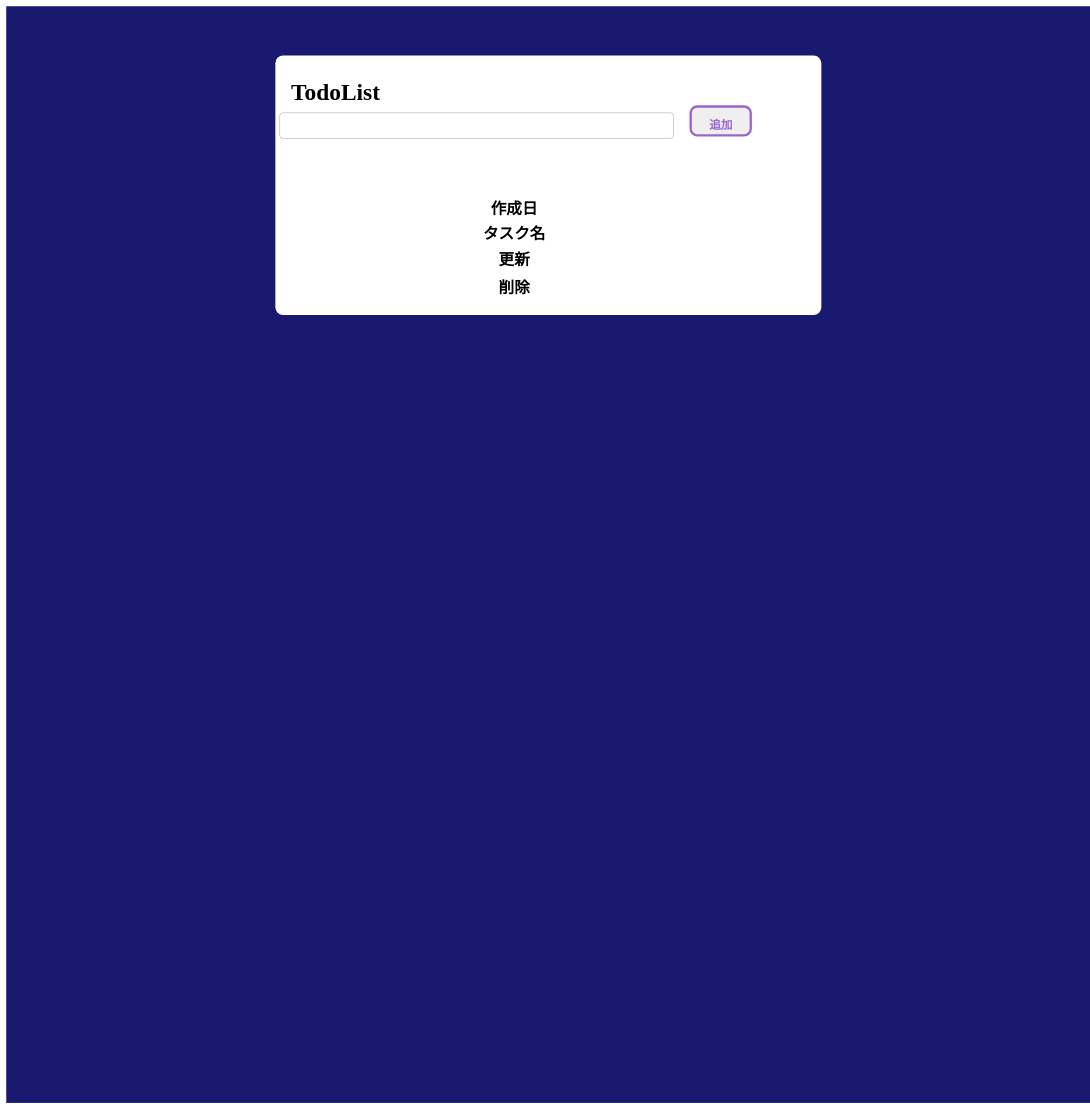
Repository: moro-ayu3/20230304_morohoshi
Page: http://localhost/
These files come from the project's save history. The page is drawn as it stood at one moment and after a run of saves; the edit follows.
The browser window is 1280 px wide. The page is 1398 px wide, so the pictures cover 1398 px, including what lies to the right of the window. The pictures show the whole page, at 78% of full size.
The page is served by the project's Laravel application, run on PHP 8.4 with Laravel 8. Queries for data that is not in the repository find no rows.

Above is the page before, as saved 2023-03-11 12:36:41.

After the next 2 saves:
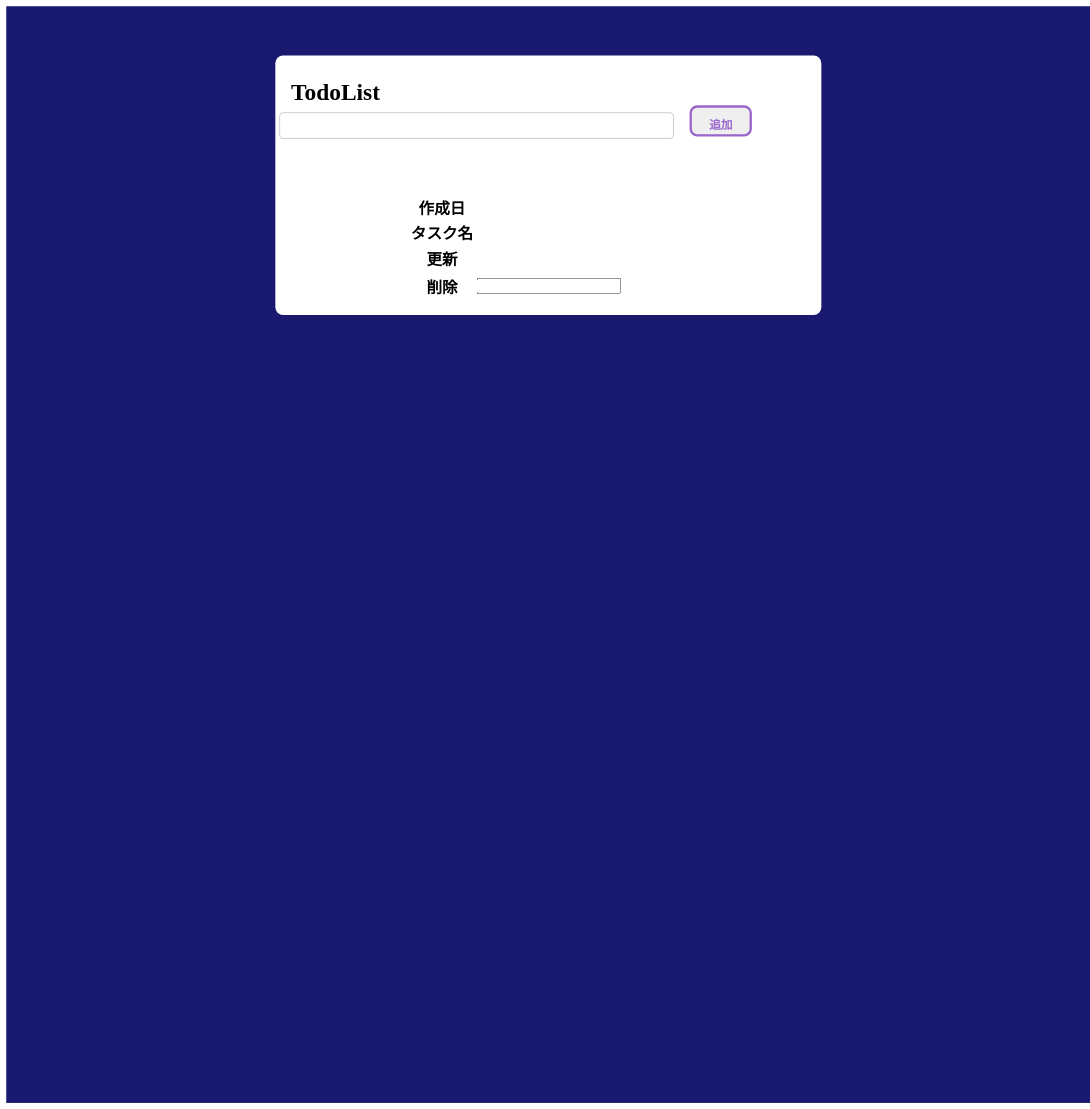
The 2 saves are shown as one change because they came seconds apart.
The last was saved 8 s later.
--- a/resources/views/index.blade.php
+++ b/resources/views/index.blade.php
@@ -224,7 +224,7 @@
             @endif
             <tr></tr>
               <th class="delete">削除</th>
-              <td><input</td>
+              <td><input type</td>
             </tr>
             @foreach($todos as $todo)
             <tr>

After the 2 saves that followed:
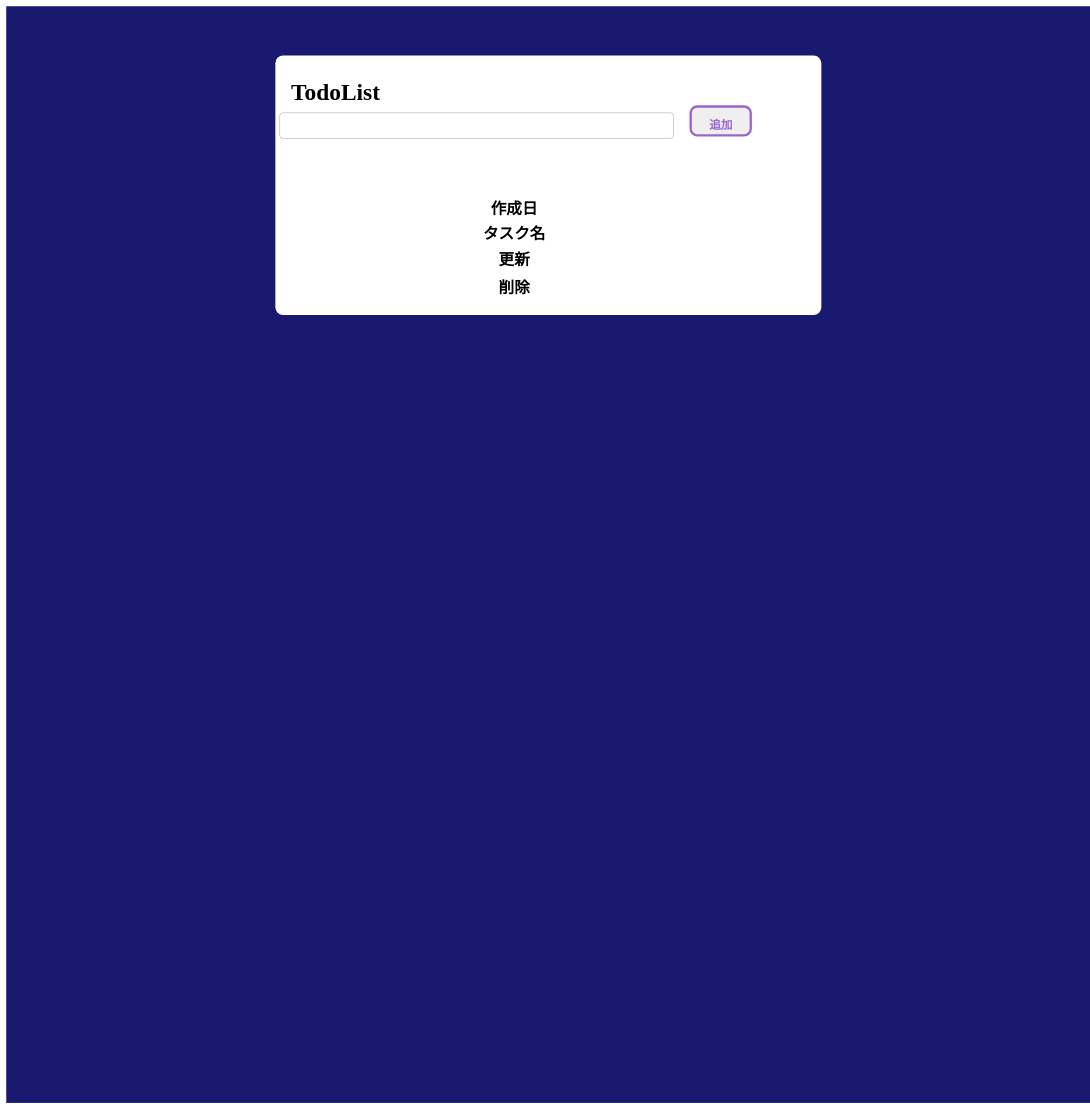
The 2 saves are shown as one change because 1 left the picture as it was.
The last was saved 36 s later.
--- a/resources/views/index.blade.php
+++ b/resources/views/index.blade.php
@@ -224,7 +224,7 @@
             @endif
             <tr></tr>
               <th class="delete">削除</th>
-              <td><input type</td>
+              <td><input type="</td>
             </tr>
             @foreach($todos as $todo)
             <tr>
